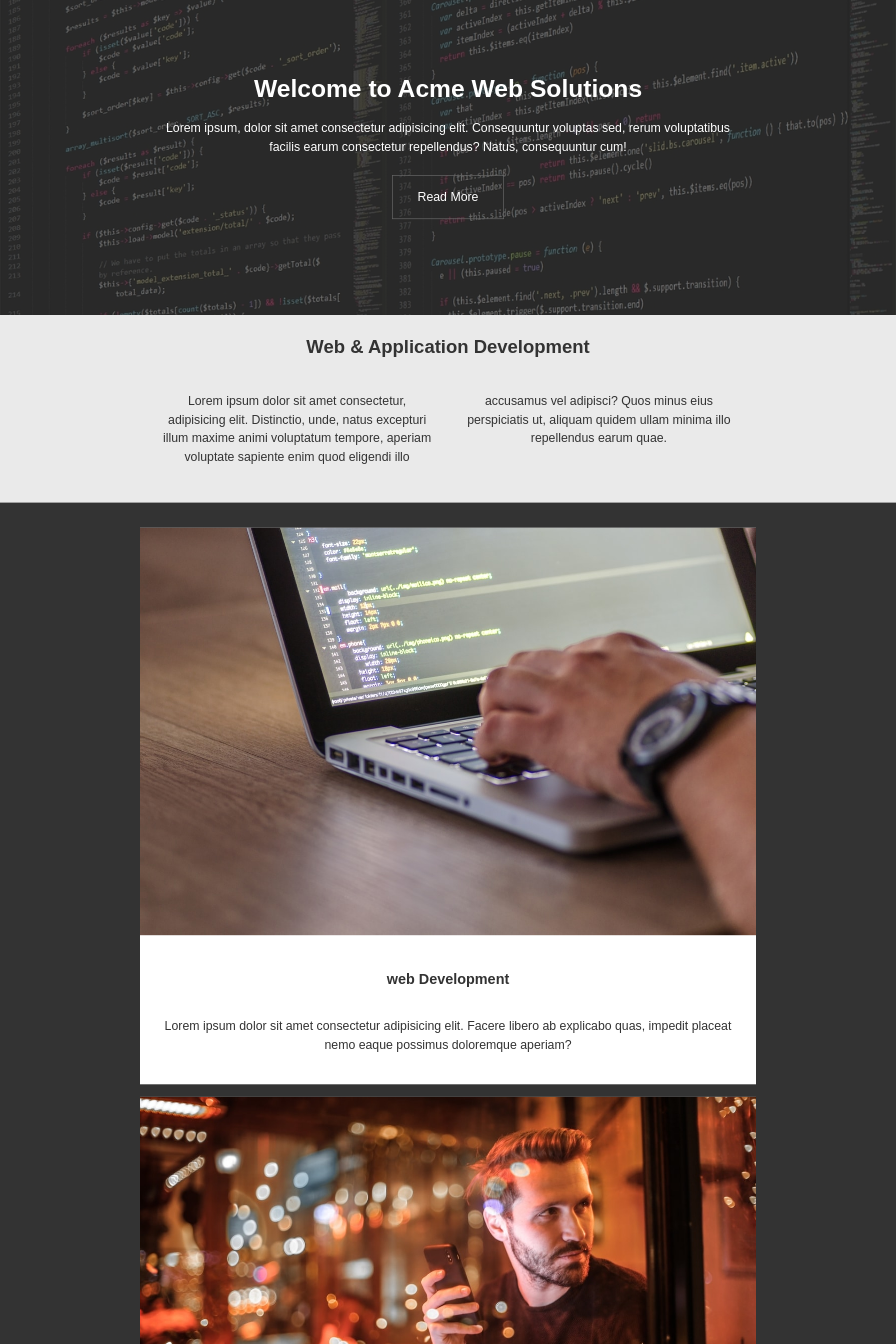
Repository: ErikBaer/MobileFirst
Page: index.html
The author's editor kept a copy of each file at every save. The page is drawn from the files as they stood at one save, then again after the next save.
The browser window is 1280 px wide. The pictures show the part of the page from y = 0 to 1920 px (the page is 3940 px tall before and 3922 px after), at 70% of full size.

Above is the page before, as saved 2020-02-15 03:53:18.

After the next save:
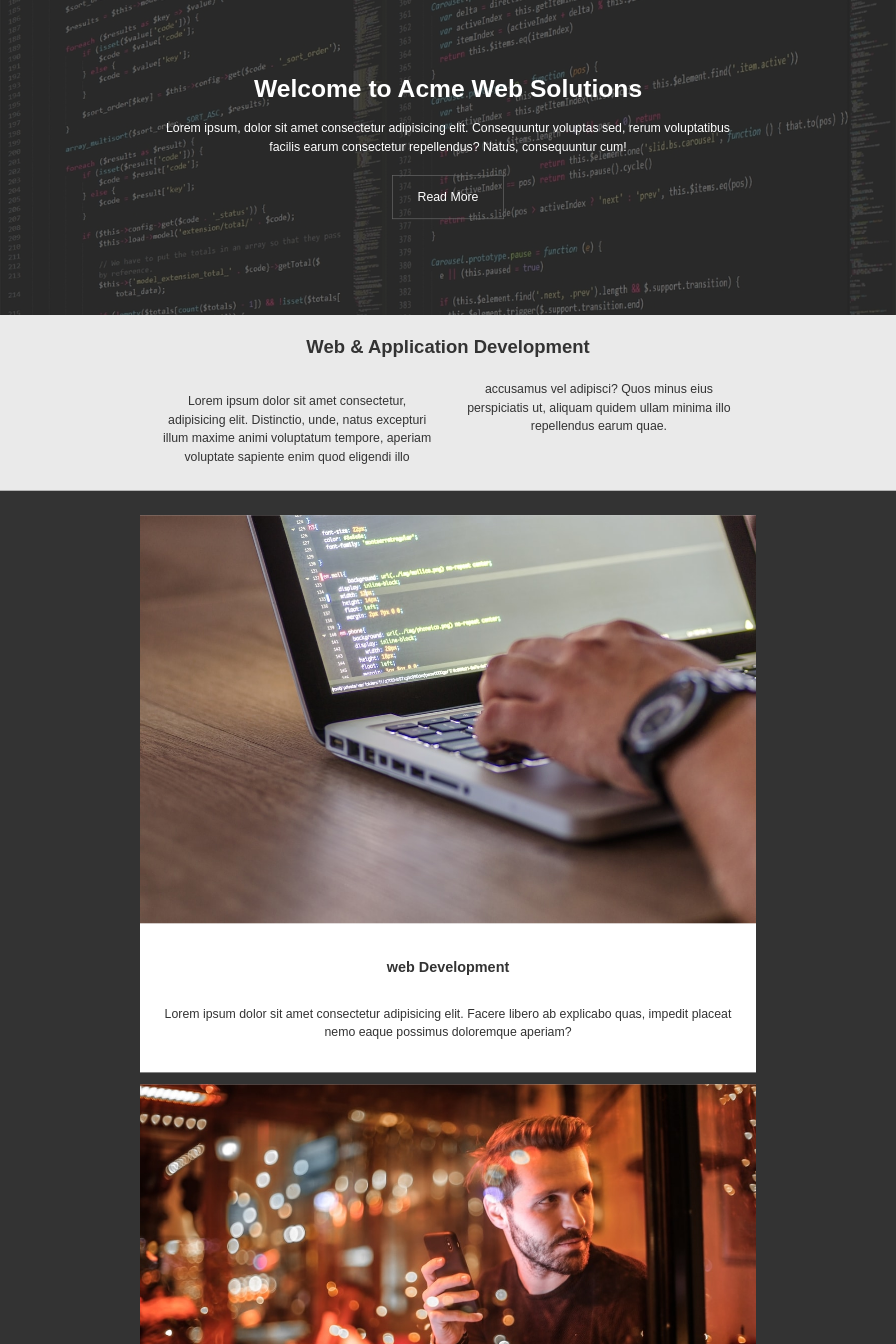
Saved 2 min 34 s later.
--- a/index.html
+++ b/index.html
@@ -31,12 +31,14 @@
     <section id="section-a" class="grid">
         <div class="content-wrap">
             <h2 class="content-title">Web & Application Development</h2>
-            <p class="content-text">Lorem ipsum dolor sit amet consectetur, adipisicing elit.
-                Distinctio, unde, natus excepturi illum maxime animi
-                voluptatum tempore, aperiam voluptate sapiente enim quod
-                 eligendi illo accusamus vel adipisci? Quos minus eius
-                 perspiciatis ut, aliquam quidem ullam minima illo
-                 repellendus earum quae.</p>
+            <div class="content-text">
+                <p>Lorem ipsum dolor sit amet consectetur, adipisicing elit.
+                    Distinctio, unde, natus excepturi illum maxime animi
+                    voluptatum tempore, aperiam voluptate sapiente enim quod
+                    eligendi illo accusamus vel adipisci? Quos minus eius
+                    perspiciatis ut, aliquam quidem ullam minima illo
+                    repellendus earum quae.</p>
+            </div>
         </div>
     </section>
 
